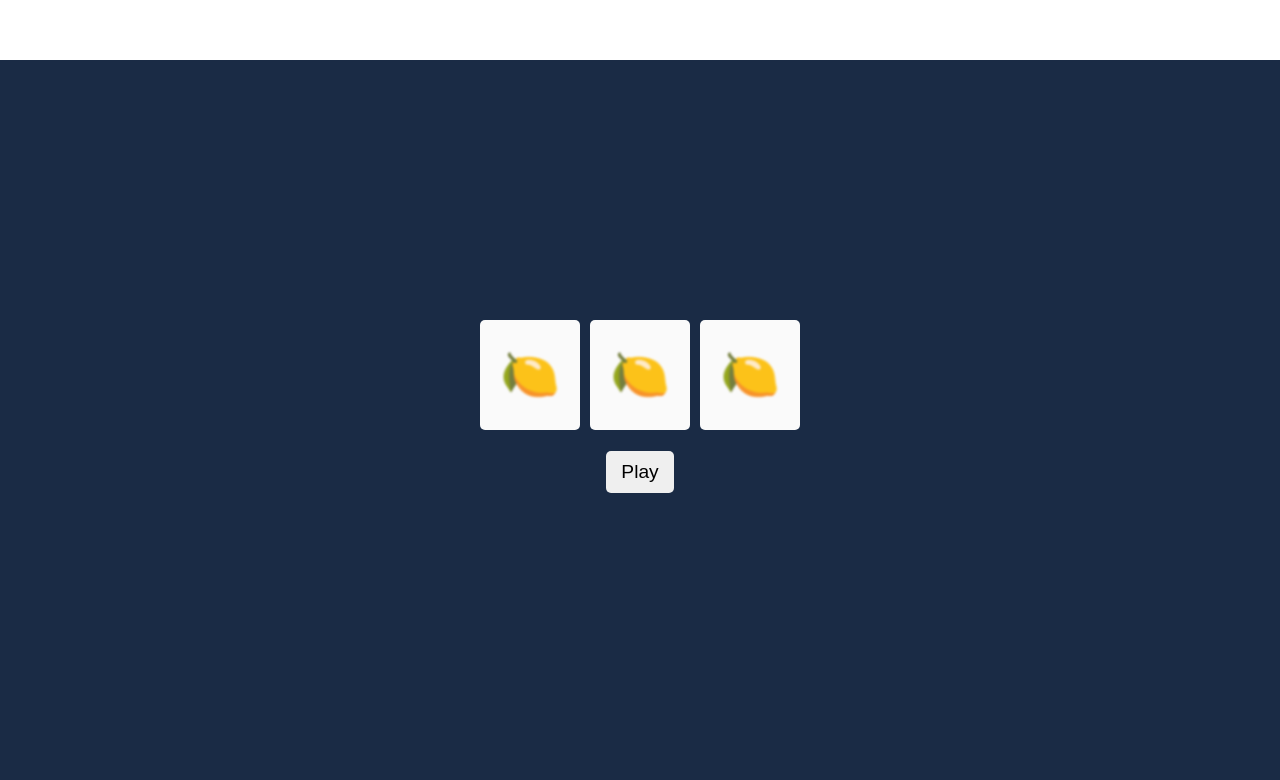
Repository: HERBOD7/slotmachine
Page: /
These files come from the project's save history. The page is drawn as it stood at one moment and after the next save; the edit follows.
The browser window is 1280 px wide. The pictures show the whole page.
The project was rebuilt for these pictures with package versions that can differ from the ones it lists, and the page was loaded fresh each time. Also part of the build but not shown: vue.config.js.

Above is the page before, as saved 2023-07-22 23:37:33.

### src/App.vue
<template>
  <div id="app">
    <div class="doors">
      <div class="door" v-for="i in 3" :key="i">
        <div class="boxes">
          <div
            :class="['box', isShuffling ? 'animation' : 'blur']"
            v-for="(symbol, index) in symbols[i - 1]"
            :key="index"
          >
            {{ symbol }}
          </div>
        </div>
      </div>
    </div>

    <div class="buttons">
      <button @click="spin" id="spinner">Play</button>
    </div>
  </div>
</template>

<script>
// import HelloWorld from "./components/HelloWorld.vue";

export default {
  name: "App",
  components: {
    // HelloWorld,
  },
  data() {
    return {
      // symbols: ["🍋", "🍉", "🍒", "🍊"],
      symbols: [
        ["🍋", "🍉", "🍒", "🍊"],
        ["🍋", "🍉", "🍒", "🍊"],
        ["🍋", "🍉", "🍒", "🍊"],
      ],
      isShuffling: false,
    };
  },
  created() {
    // this.init();
  },
  methods: {
    spin() {
      for (let i = 0; i < 3; i++) {
        // const arr = [];
        // for (let n = 0; n < (groups > 0 ? groups : 1); n++) {
        // arr.push(...this.symbols[i]);
        console.log(this.symbols[i]);
        // }
        this.symbols[i] = this.shuffle(this.symbols[i]);
        this.isShuffling = true;
      }
    },
    shuffle(array) {
      for (let i = array.length - 1; i > 0; i--) {
        const j = Math.floor(Math.random() * (i + 1));
        [array[i], array[j]] = [array[j], array[i]];
      }
      return array;
    },
  },
};
</script>

<style>
#app {
  font-family: Avenir, Helvetica, Arial, sans-serif;
  -webkit-font-smoothing: antialiased;
  -moz-osx-font-smoothing: grayscale;
  text-align: center;
  color: #2c3e50;
  margin-top: 60px;
}

body {
  width: 100vw;
  height: 100vh;
  margin: 0;
  padding: 0;
}

#app {
  width: 100%;
  height: 100%;
  background: #1a2b45;
  display: flex;
  flex-direction: column;
  justify-content: center;
  align-items: center;
}

.doors {
  display: flex;
}

.door {
  background: #fafafa;
  width: 100px;
  height: 110px;
  overflow: hidden;
  border-radius: 5px;
  margin: 5px;
}

.boxes {
  transform: translateY(0);
  transition: transform 1s ease-in-out;
}

.box {
  display: flex;
  justify-content: center;
  align-items: center;
  font-size: 3rem;
  height: 110px;
  width: 100px;
  transform: translateY(0px);
}

.animation {
  transform: translateY(3px);
  transition: transform 1s ease-in-out;
}

.blur {
  filter: blur(1px);
}

.buttons {
  margin: 1rem 0 2rem 0;
}

button {
  cursor: pointer;
  font-size: 1.2rem;
  margin: 0 0.2rem;
  border: none;
  border-radius: 5px;
  padding: 10px 15px;
}

.info {
  position: fixed;
  bottom: 0;
  width: 100%;
  text-align: center;
}
</style>

Loaded but not shown: public/index.html (common file); src/main.js (common file)

After the next save:
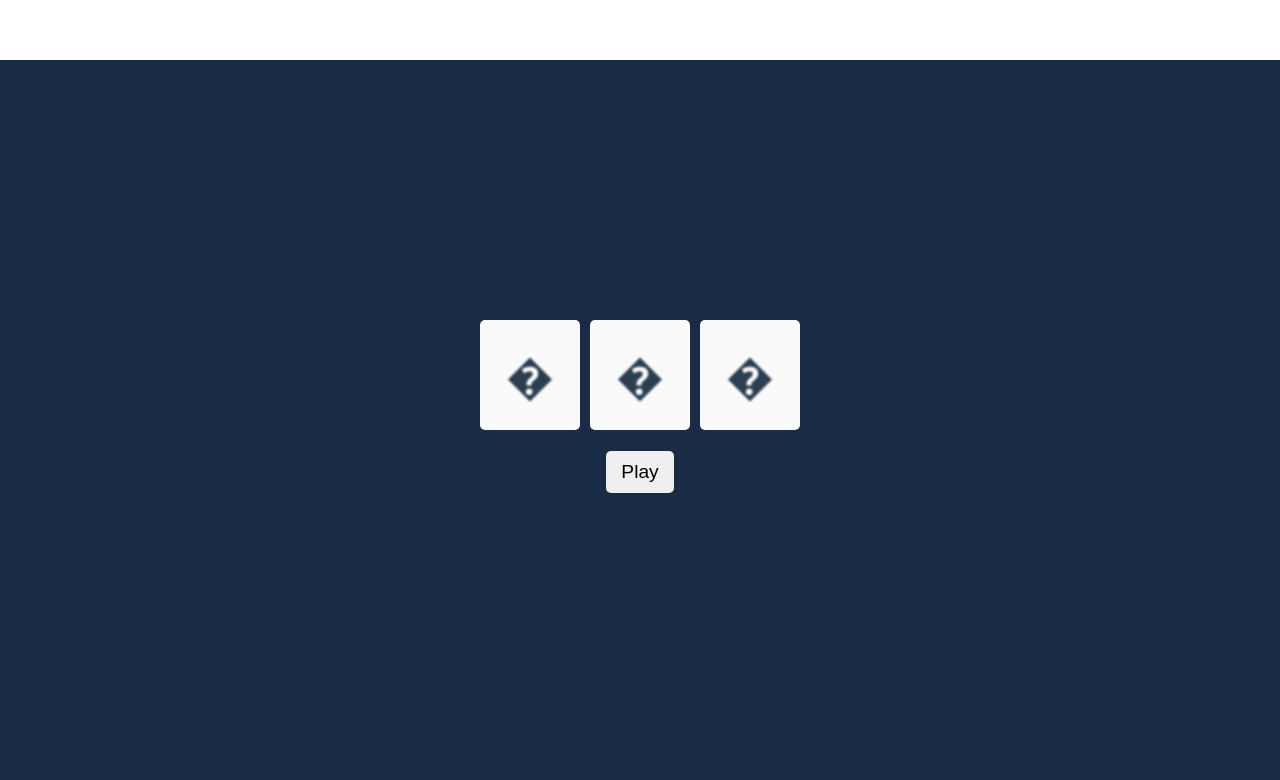
Saved 25 s later.
--- a/src/App.vue
+++ b/src/App.vue
@@ -30,12 +30,12 @@ export default {
   },
   data() {
     return {
-      // symbols: ["🍋", "🍉", "🍒", "🍊"],
-      symbols: [
-        ["🍋", "🍉", "🍒", "🍊"],
-        ["🍋", "🍉", "🍒", "🍊"],
-        ["🍋", "🍉", "🍒", "🍊"],
-      ],
+      symbols: ["🍋", "🍉", "🍒", "🍊"],
+      // symbols: [
+      //   ["🍋", "🍉", "🍒", "🍊"],
+      //   ["🍋", "🍉", "🍒", "🍊"],
+      //   ["🍋", "🍉", "🍒", "🍊"],
+      // ],
       isShuffling: false,
     };
   },

After the save that followed:
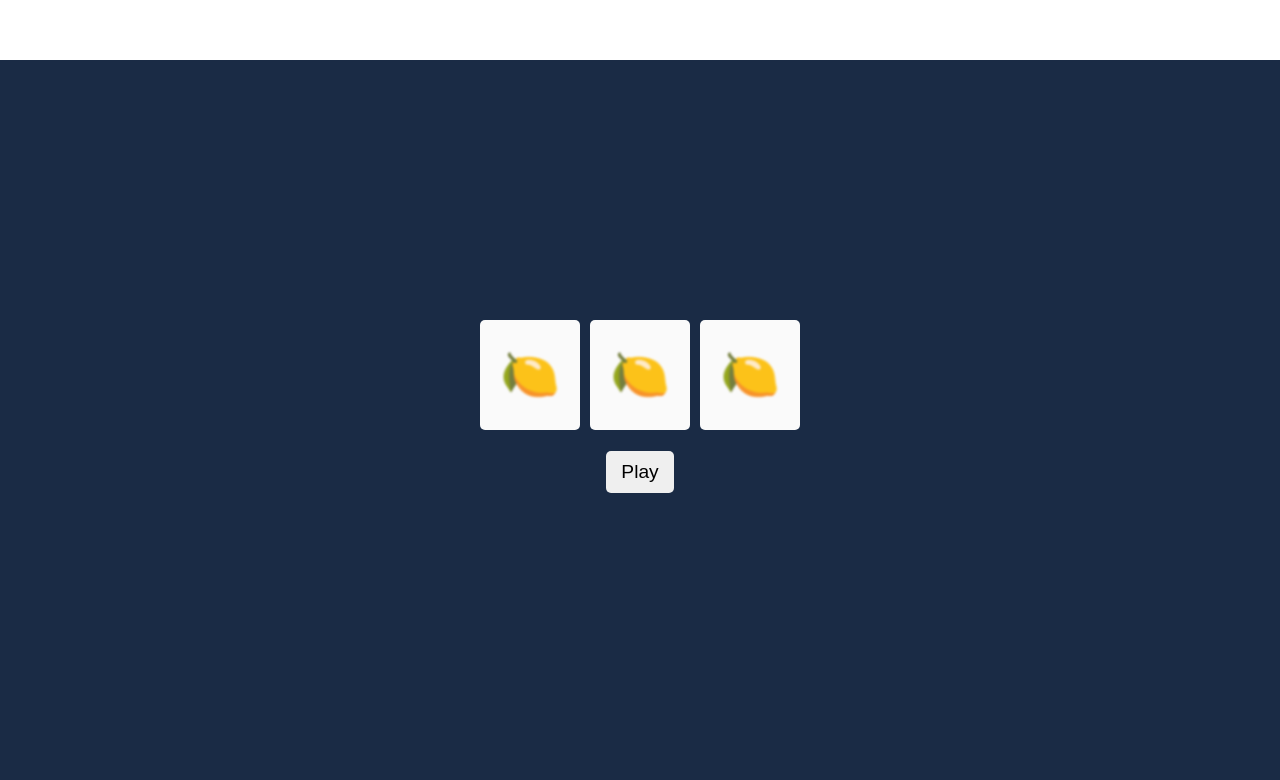
Saved 19 s later.
--- a/src/App.vue
+++ b/src/App.vue
@@ -5,7 +5,7 @@
         <div class="boxes">
           <div
             :class="['box', isShuffling ? 'animation' : 'blur']"
-            v-for="(symbol, index) in symbols[i - 1]"
+            v-for="(symbol, index) in symbols"
             :key="index"
           >
             {{ symbol }}
